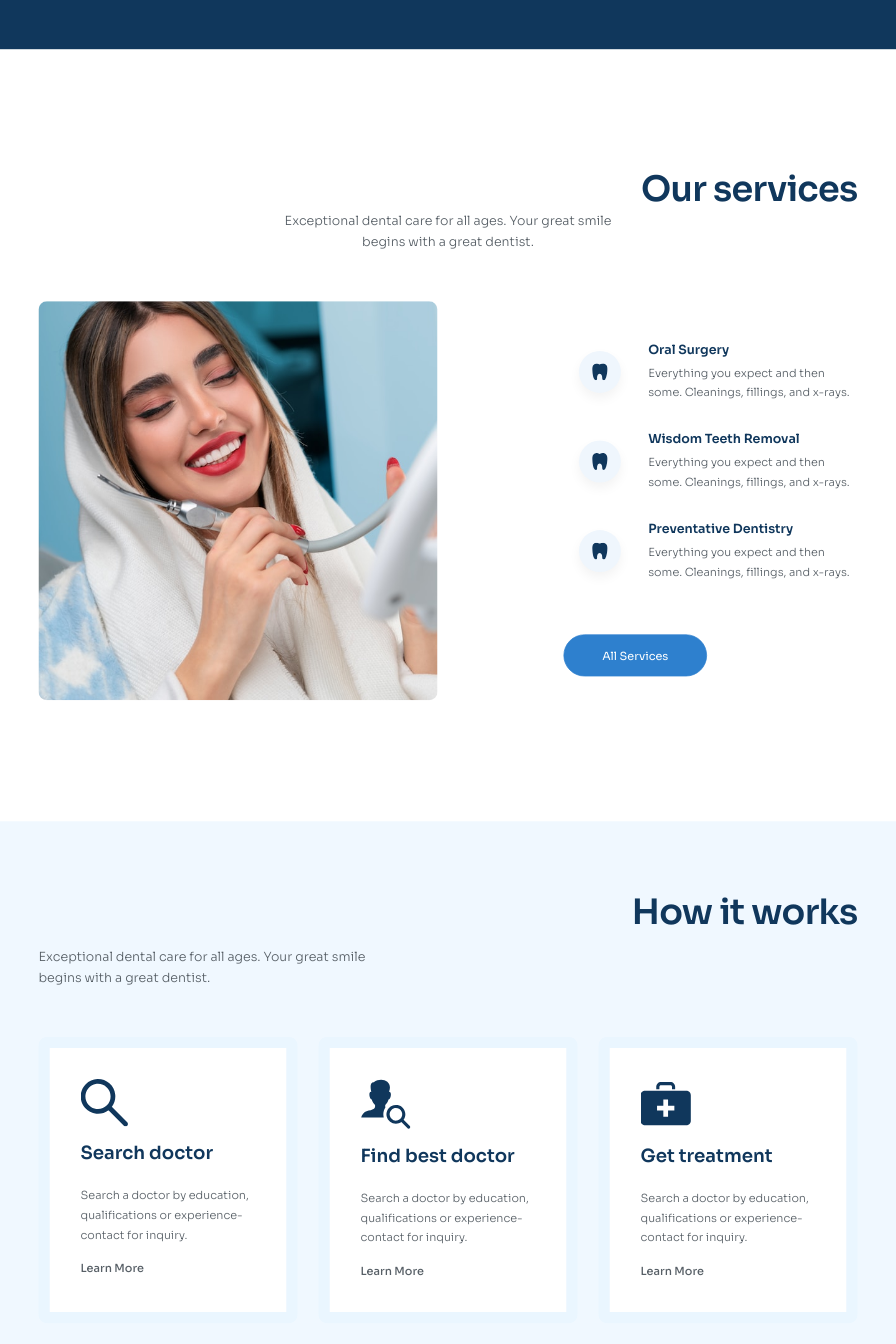
Repository: han2003dz/f8-project-03
Page: index.html
The author's editor kept a copy of each file at every save. The page is drawn from the files as they stood at one save, then again after the next save.
The browser window is 1280 px wide. The pictures show the part of the page from y = 695 to 2615 px (the page is 6000 px tall), at 70% of full size.

Above is the page before, as saved 2023-05-06 21:55:03.

After the next save:
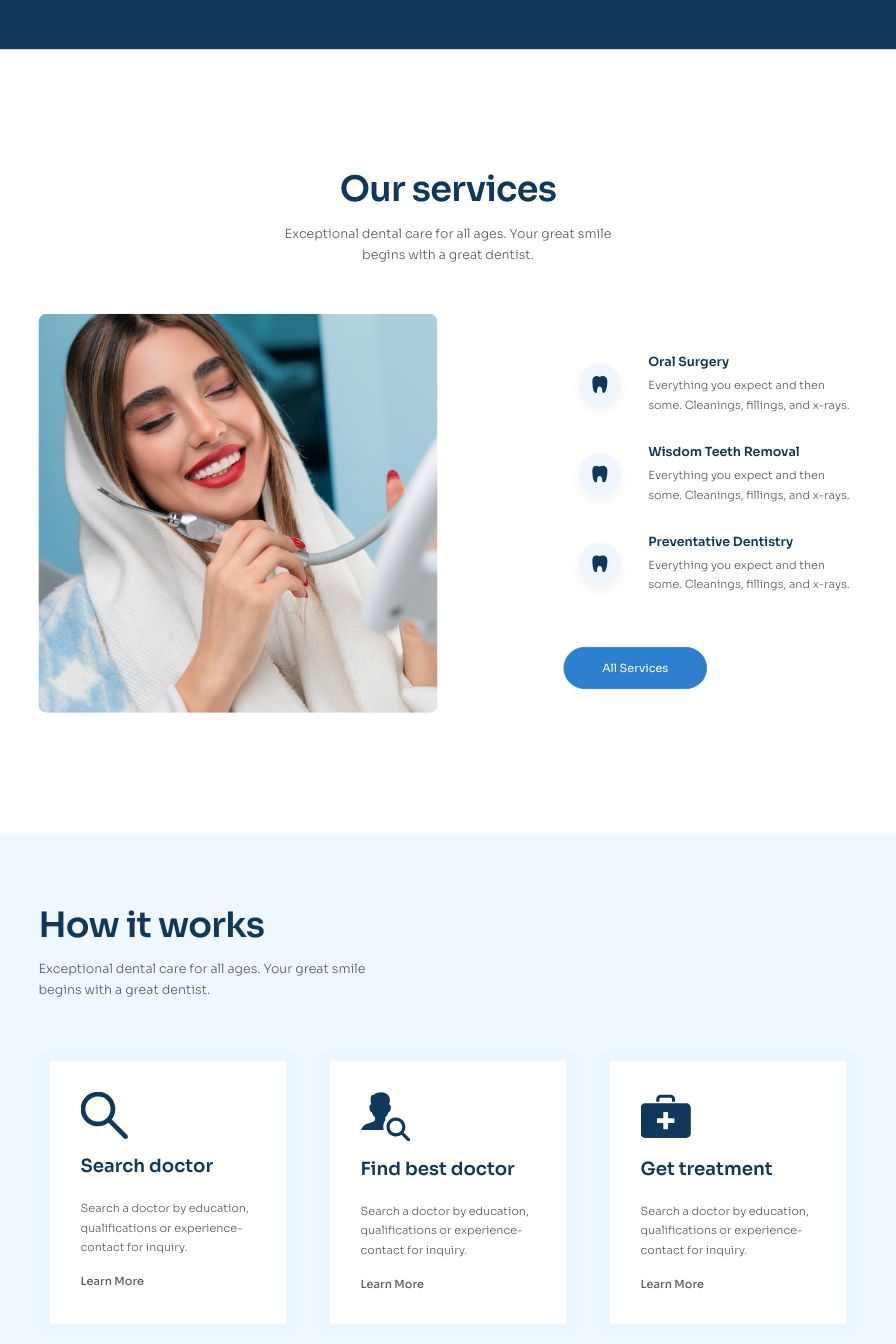
Saved 5 s later.
--- a/assets/css/style.css
+++ b/assets/css/style.css
@@ -378,6 +378,4 @@ a {
 .section-heading {
   font-size: 5rem;
   line-height: 1.2;
-  text-align: right;
-  margin: 0;
-}
+}
